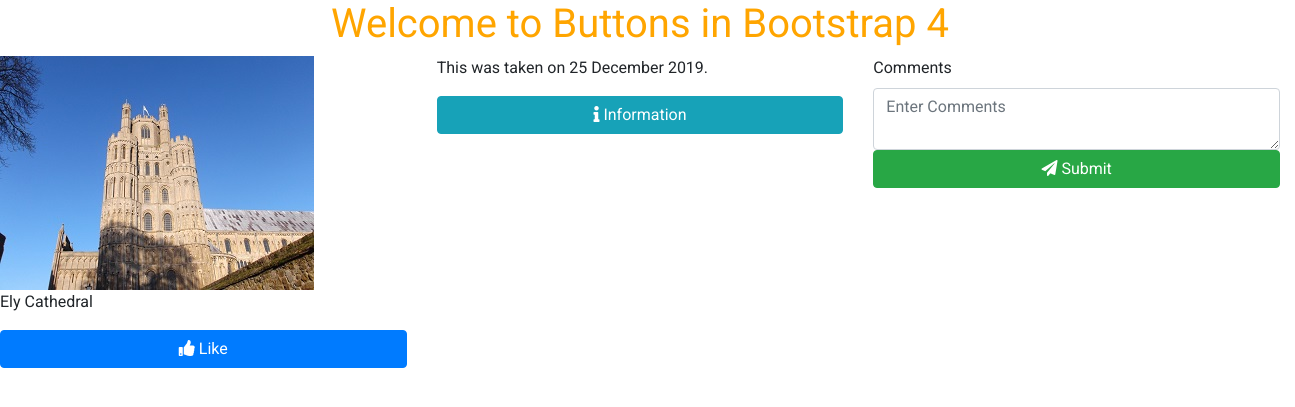
Repository: derektypist/buttons-in-bootstrap-4
Page: index.html
The author's editor kept a record of every edit. The page is drawn from the files as they stood at one moment, then again after the next edit.
The browser window is 1280 px wide. The page is 1295 px wide, so the pictures cover 1295 px, including what lies to the right of the window. The pictures show the whole page.
Some web libraries are served in a nearby version.

Above is the page before.

After the next edit:
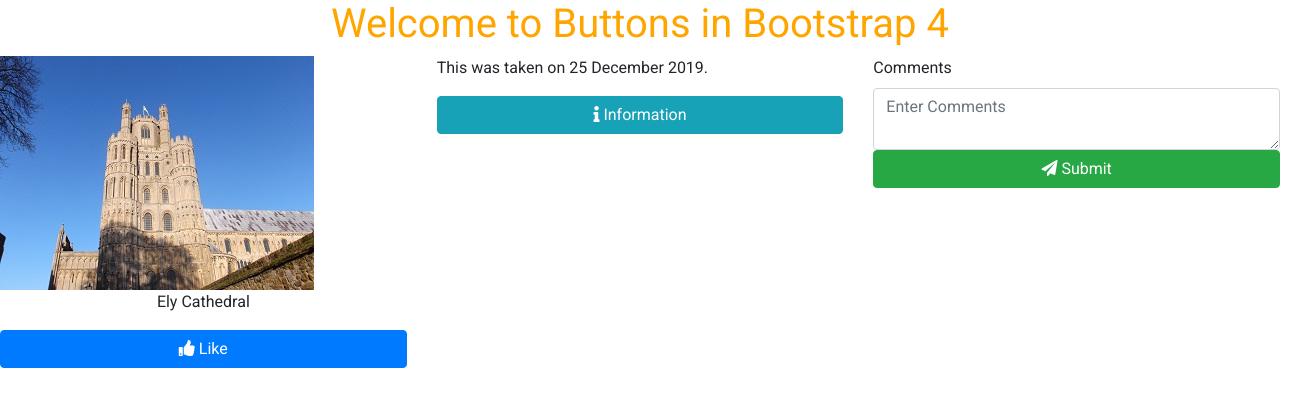
The edit:
--- a/index.html
+++ b/index.html
@@ -1,5 +1,6 @@
 <!DOCTYPE html>
 <html lang="en">
+
 <head>
     <meta charset="UTF-8">
     <meta name="viewport" content="width=device-width, initial-scale=1.0">
@@ -11,6 +12,7 @@
     <link href="https://fonts.googleapis.com/css?family=Roboto&display=swap" rel="stylesheet">
     <link rel="stylesheet" href="style.css">
 </head>
+
 <body>
     <!-- Set up Heading -->
     <h1>Welcome to Buttons in Bootstrap 4</h1>
@@ -18,33 +20,35 @@
     <section>
         <!-- Set Up Article -->
         <article class="row">
-        <article class="col-sm-4">
-            <!-- Display Image -->
-            <figure>
-                <img src="images/ely-cathedral.JPG" alt="Ely Cathedral" class="img-fluid">
-                <figcaption>Ely Cathedral</figcaption>
-            </figure>
-            <!-- Create Button -->
-            <button class="btn btn-primary btn-block"><i class="fas fa-thumbs-up"></i> Like</button>
+            <article class="col-sm-4">
+                <!-- Display Image -->
+                <figure>
+                    <img src="images/ely-cathedral.JPG" alt="Ely Cathedral" class="img-fluid">
+                    <figcaption class="text-center">Ely Cathedral</figcaption>
+                </figure>
+                <!-- Create Button -->
+                <button class="btn btn-primary btn-block"><i class="fas fa-thumbs-up"></i> Like</button>
 
-        </article>
+            </article>
 
-        <!-- Set Up Article -->
-        <article class="col-sm-4">
-            <p>This was taken on 25 December 2019.</p>
-            <!-- Create Button -->
-            <button class="btn btn-info btn-block"><i class="fas fa-info"></i> Information</button>
-        </article>
+            <!-- Set Up Article -->
+            <article class="col-sm-4">
+                <p>This was taken on 25 December 2019.</p>
+                <!-- Create Button -->
+                <button class="btn btn-info btn-block"><i class="fas fa-info"></i> Information</button>
+            </article>
 
-        <!-- Set Up Article -->
-        <article class="col-sm-4">
-            <!-- Set Up Form for Comments -->
-            <form>
-            <label for="comments">Comments</label>
-            <textarea class="form-control" placeholder="Enter Comments" id="comments"></textarea>
-            <button type="submit" class="btn btn-success btn-block"><i class="fa fa-paper-plane"></i> Submit</button>
-            </form>
+            <!-- Set Up Article -->
+            <article class="col-sm-4">
+                <!-- Set Up Form for Comments -->
+                <form>
+                    <label for="comments">Comments</label>
+                    <textarea class="form-control" placeholder="Enter Comments" id="comments"></textarea>
+                    <button type="submit" class="btn btn-success btn-block"><i class="fa fa-paper-plane"></i> Submit</button>
+                </form>
+            </article>
         </article>
     </section>
 </body>
+
 </html>
